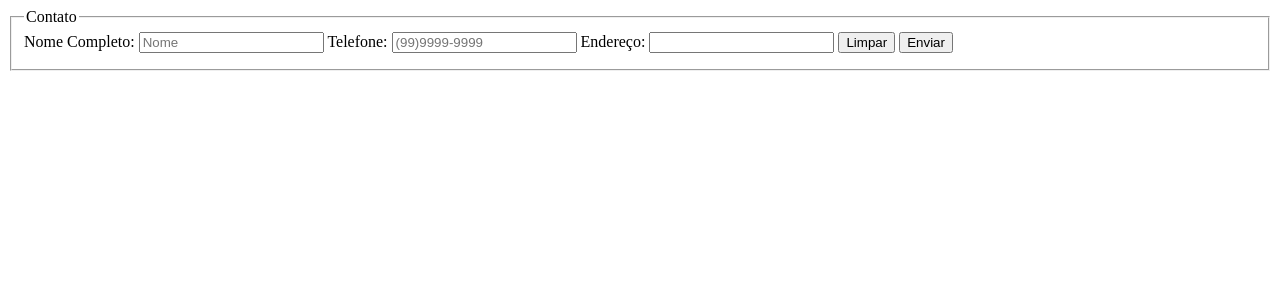
Repository: PedroViniciusVeiga/ProjetoColdigo
Page: exemploServlet/WebContent/contato.html
The author's editor kept a copy of each file at every save. The page is drawn from the files as they stood at one save, then again after the next save.
The browser window is 1280 px wide. The pictures show the whole page.

Above is the page before, as saved 2021-04-07 00:00:16.

After the next save:
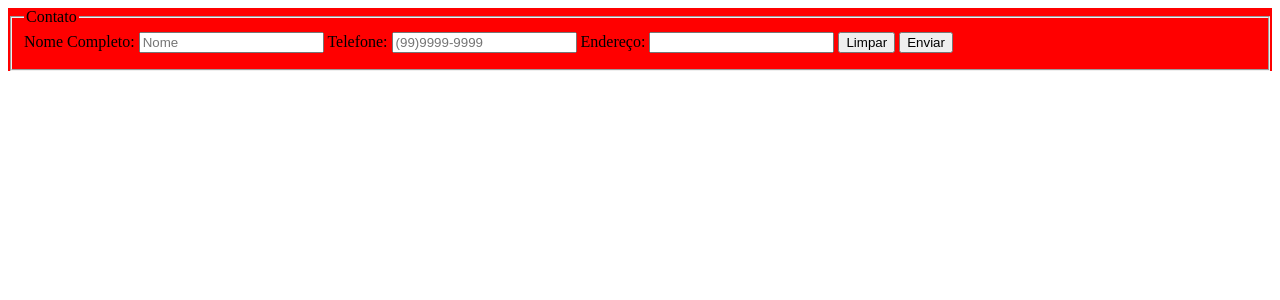
Saved 113 s later.
--- a/exemploServlet/WebContent/css/siteContato.css
+++ b/exemploServlet/WebContent/css/siteContato.css
@@ -1,5 +1,5 @@
 @charset "UTF-8";
 
-formContato{
+.formContato{
 	background-color: red;
 }
